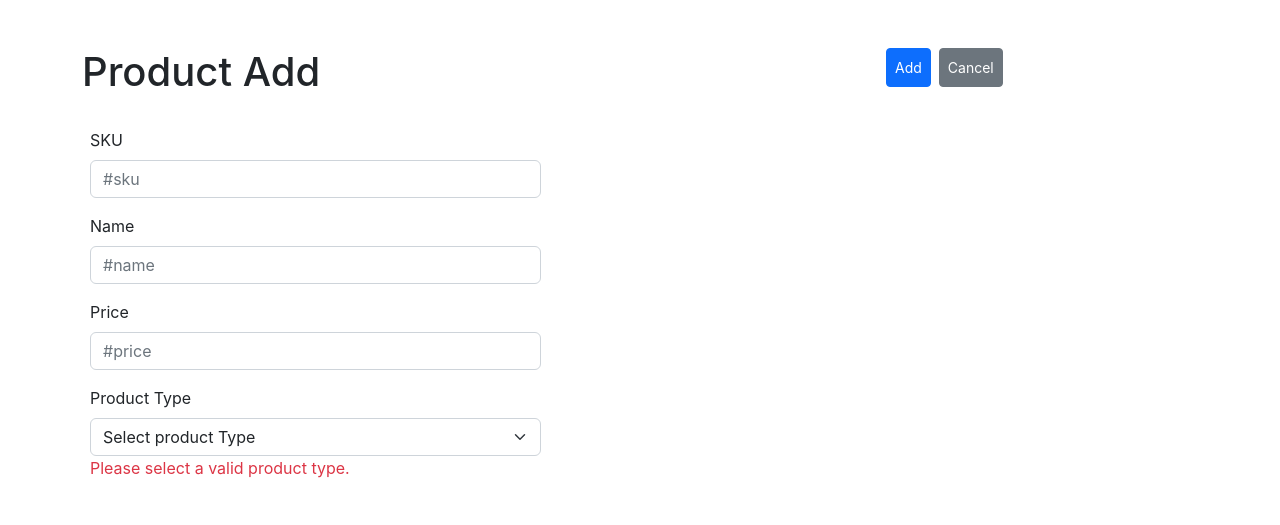
Repository: MagdyAbouelnasr/scandiweb_project
Page: /addproduct
These files come from the project's save history. The page is drawn as it stood at one moment and after a run of saves; the edit follows.
The browser window is 1280 px wide. The pictures show the whole page.
The project was rebuilt for these pictures with package versions that can differ from the ones it lists, and the page was loaded fresh each time. Also part of the build but not shown: src/App.css, src/components/Product/Product-style.scss, src/components/Product/Product.css, src/components/Pages/ProductList.jsx, src/components/ProductAdd/Book.component.jsx, src/components/ProductAdd/DVD.component.jsx, src/components/ProductAdd/Furniture.component.jsx, src/App.jsx.

Above is the page before, as saved 2023-05-09 01:29:41.

### public/index.html
<!DOCTYPE html>
<html lang="en">
  <head>
    <meta charset="utf-8" />
    <link rel="icon" href="%PUBLIC_URL%/favicon.ico" />
    <meta name="viewport" content="width=device-width, initial-scale=1" />
    <meta name="theme-color" content="#000000" />
    <meta
      name="description"
      content="Web site created using create-react-app"
    />
    <link rel="apple-touch-icon" href="%PUBLIC_URL%/logo192.png" />
    <!--
      manifest.json provides metadata used when your web app is installed on a
      user's mobile device or desktop. See https://developers.google.com/web/fundamentals/web-app-manifest/
    -->
    <link rel="manifest" href="%PUBLIC_URL%/manifest.json" />
    <!--
      Notice the use of %PUBLIC_URL% in the tags above.
      It will be replaced with the URL of the `public` folder during the build.
      Only files inside the `public` folder can be referenced from the HTML.

      Unlike "/favicon.ico" or "favicon.ico", "%PUBLIC_URL%/favicon.ico" will
      work correctly both with client-side routing and a non-root public URL.
      Learn how to configure a non-root public URL by running `npm run build`.
    -->
    <title>React App</title>
    <link
  rel="stylesheet"
  href="https://cdn.jsdelivr.net/npm/bootstrap@5.2.3/dist/css/bootstrap.min.css"
  integrity="sha384-rbsA2VBKQhggwzxH7pPCaAqO46MgnOM80zW1RWuH61DGLwZJEdK2Kadq2F9CUG65"
  crossorigin="anonymous"
/>
  </head>
  <body>
    <noscript>You need to enable JavaScript to run this app.</noscript>
    <div id="root"></div>
    <!--
      This HTML file is a template.
      If you open it directly in the browser, you will see an empty page.

      You can add webfonts, meta tags, or analytics to this file.
      The build step will place the bundled scripts into the <body> tag.

      To begin the development, run `npm start` or `yarn start`.
      To create a production bundle, use `npm run build` or `yarn build`.
    -->
  </body>
</html>

### src/index.js
import React from 'react';
import ReactDOM from 'react-dom/client';
import './index.scss';
import App from './App';
import {
  createBrowserRouter,
  RouterProvider,

} from "react-router-dom";
import ProductAdd from './components/Pages/ProductAdd';


const router = createBrowserRouter([
  {
    path: "/",
    element: <App />,
  },
  {
    path: "addproduct",
    element: <ProductAdd />,
  },
]);

const root = ReactDOM.createRoot(document.getElementById('root'));
root.render(
  <RouterProvider router={router} />
);

### src/index.scss
$background-default: #D5D5D5;


body {
  margin: 0;
  font-family: -apple-system, BlinkMacSystemFont, 'Segoe UI', 'Roboto', 'Oxygen',
    'Ubuntu', 'Cantarell', 'Fira Sans', 'Droid Sans', 'Helvetica Neue',
    sans-serif;
  -webkit-font-smoothing: antialiased;
  -moz-osx-font-smoothing: grayscale;
}

code {
  font-family: source-code-pro, Menlo, Monaco, Consolas, 'Courier New',
    monospace;
}

.fade-in {
  opacity: 0;
  transition: opacity 0.3s ease-in-out;
  &.fade-in-active {
    opacity: 1;
  }
}

### src/components/Pages/ProductAdd.jsx
// import { useNavigate } from 'react-router-dom';
// import { useState } from 'react';
// import Form from 'react-bootstrap/Form';
// import SelectProductType from '../ProductAdd/Selectcmp';
// import Button from 'react-bootstrap/Button';
// import axios from 'axios';

// function ProductAdd() {
//   const navigate = useNavigate();

//   const  [inputs , setInputs] = useState({});

//   const handleChange = (e) => {
//     const name = e.target.name;
//     const value = e.target.value;
//     setInputs(values => ({values, [name]: value}))
//   }
//   const handleSubmit = (e) => {
//     e.preventDefault();
//     axios.post('http://localhost:8000/addproduct', inputs).then((response)=>{
//       console.log(response.data);
//       navigate('/');
//     });

//     // console.log(inputs)
//   }



//   return (
//     <Form id="product_form" onSubmit={handleSubmit}>
//     <div className="container mt-5">
//       <div className="row">
//       <h1 className="page-header text-header col-md-8 text-start ">Product Add</h1>
//       <div className='col-4 float-end'>
//         <Button  type="submit" className='p-2 ms-2' variant="primary" size="sm">
//           Add
//         </Button>
//         <Button onClick={()=> navigate(-1)}  className='p-2 ms-2' variant="secondary" size="sm">
//           Cancel
//         </Button>
//       </div>
//       </div>
//     <br/>
//     <div className="row">

//     <div className="col-md-5 mx-2">
//       <Form.Group className="mb-3 mx-left" id="productInputSKU">
//         <Form.Label>SKU</Form.Label>
//         <Form.Control type="text" name="sku" placeholder="#sku" onChange={handleChange} />
//       </Form.Group>
//       <Form.Group className="mb-3" id="productInputName">
//         <Form.Label>Name</Form.Label>
//         <Form.Control type="text" name="name" placeholder="#name" onChange={handleChange} />
//       </Form.Group>
//       <Form.Group className="mb-3" id="productInputPrice">
//         <Form.Label>Price</Form.Label>
//         <Form.Control type="number" name="price" placeholder="#price" onChange={handleChange} />
//       </Form.Group>
//       <Form.Group className="mb-3" id="ProductType">
//       <Form.Label>Product Type</Form.Label>
//         <SelectProductType/>
//       </Form.Group>
//     </div>
//     </div>
//     </div>
//     </Form>
//   );
// }

// export default ProductAdd;
import { useNavigate } from 'react-router-dom';
import { useState } from 'react';
import Form from 'react-bootstrap/Form';
import SelectProductType from '../ProductAdd/Selectcmp';
import Button from 'react-bootstrap/Button';
import axios from 'axios';

function ProductAdd() {
  const navigate = useNavigate();

  const [inputs, setInputs] = useState({});
  const [errors, setErrors] = useState({});

  const handleChange = (e) => {
    console.log(e.target.value);
    console.log(e.target.name);
    const name = e.target.name;
    const value = e.target.value;

    setInputs((values) => ({ ...values, [name]: value }));
    validate()
    };

    // const handleRecievedData = (e) =>{
    //   const name = e.target.name;
    //   const value = e.target.value;
    //   setInputs((values) => ({ ...values, [name]: value }));
    //   console.log(e.name, e.value);
    // }

  // Form validation function
  const validate = () => {
    let newErrors = {};
    if (!inputs.sku) newErrors.sku = 'SKU is required';
    if (inputs.sku && inputs.sku.length > 9) newErrors.sku = 'SKU must be at most 9 characters';
    if (!inputs.name) newErrors.name = 'Name is required';
    if (inputs.price === undefined || inputs.price === '') newErrors.price = 'Price is required';
    if (inputs.price < 0) newErrors.price = 'Price cannot be negative';
    if (!inputs.product_attribute_value) newErrors.ProductType = 'please select a ProductType and provide a value';
    setErrors(newErrors);
    return Object.keys(newErrors).length === 0;
  };

  const handleSubmit = (e) => {
    e.preventDefault();
    if (validate()) {
      axios.post('http://localhost:8000/addproduct', inputs).then((response) => {
        console.log(response.data);
        navigate('/');
      });
    }
  };

  return (
    <Form id="product_form" onSubmit={handleSubmit}>
      <div className="container  mt-5">
        <div className="row">
          <h1 className="page-header text-header col-md-8 text-start ">Product Add</h1>
          <div className="col-4 ps-5 ms-0">
            <Button type="submit" className="p-2 ms-2" variant="primary" size="sm">
              Add
            </Button>
            <Button
              onClick={() => navigate(-1)}
              className="p-2 ms-2"
              variant="secondary"
              size="sm"
            >
              Cancel
            </Button>
          </div>
        </div>
        <br />
        <div className="row">
          <div className="col-md-5 mx-2">
            <Form.Group className="mb-3 mx-left" id="productInputSKU">
              <Form.Label>SKU</Form.Label>
              <Form.Control
                type="text"
                name="sku"
                maxLength="9"
                placeholder="#sku"
                onChange={handleChange}
                required
              />
              {errors.sku && <Form.Text className="text-danger">{errors.sku}</Form.Text>}
            </Form.Group>
            <Form.Group className="mb-3" id="productInputName">
              <Form.Label>Name</Form.Label>
              <Form.Control
                type="text"
                name="name"
                placeholder="#name"
                onChange={handleChange}
                required
              />
              {errors.name && <Form.Text className="text-danger">{errors.name}</Form.Text>}
            </Form.Group>
            <Form.Group className="mb-3" id="productInputPrice">
              <Form.Label>Price</Form.Label>
              <Form.Control
                type="number"
                name="price"
                step="0.01"
                min="0"
                placeholder="#price"
                onChange={handleChange}
                required
              />
              {errors.price && <Form.Text className="text-danger">{errors.price}</Form.Text>}
            </Form.Group>
            <Form.Group className="mb-3" id="ProductType">
              <Form.Label>Product Type</Form.Label>
              <SelectProductType onChange={handleChange}
                required
                name="ProductType"/>
              {errors.ProductType && <Form.Text className="text-danger">{errors.ProductType}</Form.Text>}

            </Form.Group >
          </div>
        </div>
      </div>
    </Form>
  );
}

export default ProductAdd;

### src/components/ProductAdd/Selectcmp.jsx
import React, { useState, useEffect } from "react";
import Form from "react-bootstrap/Form";
import BookComponent from "./Book.component";
import DVDComponent from "./DVD.component";
import FurnitureComponent from "./Furniture.component";

const SelectProductType = (props) => {


  const [type, setType] = useState("selectProductType");
  const [DVDVisible, setDVDVisibility] = useState(false);
  const [bookVisible, setBookVisibility] = useState(false);
  const [FurnitureVisible, setFurnitureVisibility] = useState(false);
  const [isValid, setIsValid] = useState(false);

  const getData = (e) => {
    props.onChange(e);
  };

  useEffect(() => {
    if (["DVD", "Book", "Furniture"].includes(type)) {
      setIsValid(true);
    } else {
      setIsValid(false);
    }
    setDVDVisibility(type === "DVD");
    setBookVisibility(type === "Book");
    setFurnitureVisibility(type === "Furniture");
  }, [type]);

  const handleOnChange = (e) => {
    setType(e.target.value);
    props.onChange(e);
  };

  const [weightData, setWeightData] = useState({});

  const handleWeightChange = (data) => {
    // setWeightData(data);
    // console.log(weightData, 'weight data');
    getData(data);
  };

  return (
    <>
      <Form.Group className="mb-3" id="productInputName">
        <Form.Select
          aria-label="select product type"
          value={type}
          onChange={handleOnChange}
          required
          name="product_type"
        >
          <option value="selectProductType">Select product Type</option>
          <option value="DVD">DVD</option>
          <option value="Book">Book</option>
          <option value="Furniture">Furniture</option>
        </Form.Select>
        {!isValid && (
          <p className="text-danger">
            Please select a valid product type.
          </p>
        )}
        <div>
          {bookVisible && <BookComponent onWeightChange={handleWeightChange} onChange={getData}/>}
          {DVDVisible && <DVDComponent />}
          {FurnitureVisible && <FurnitureComponent />}
        </div>
      </Form.Group>
    </>
  );
};

export default SelectProductType;

### src/components/Product/Product.jsx
import './Product-style.scss';
import './Product.css';
import * as React from 'react';
import Box from '@mui/material/Box';
import Card from '@mui/material/Card';
import CardActions from '@mui/material/CardActions';
import CardContent from '@mui/material/CardContent';
import Typography from '@mui/material/Typography';
import IconButton from '@mui/material/IconButton';
import CropSquareIcon from '@mui/icons-material/CropSquare';
import { useState } from 'react';


const bull = (
  <Box
  component="span"
  sx={{ display: 'inline-block', mx: '2px', transform: 'scale(0.8)' }}
  >
    •
  </Box>
);


const ProductCard = ({ id, sku, name, price, product_attribute, typeValue, selectedProducts }) => {
  const selectedProduct = () => {
    selectedProducts(id)
   }
  return (
    <>
      <CardContent>
        <CardActions>
          <IconButton aria-label="select to delete" className="delete-checkbox" onClick={selectedProduct}>
            <CropSquareIcon />
          </IconButton>
        </CardActions>
        <Typography sx={{ fontSize: 14 }} color="text.secondary" gutterBottom>
          SKU: {sku}
        </Typography>
        {bull}
        <Typography wrap="true" sx={{}} variant="h5" component="div" >
          {name}
        </Typography>
        {bull}
        <Typography sx={{ mb: 1.5 }} color="text.secondary">
          Price: {price}$
        </Typography>
        {bull}
        <Typography variant="body2">
          {product_attribute}: {typeValue} {console.log(product_attribute)}
        </Typography>
      </CardContent>
    </>
  );
};

const Product = ({ product , selectedProducts}) => {

  const selectedProductsDelete = (data) => {
    selectedProducts(data);
  }
// console.log(selectedProducts);
  return (
    <Box sx={{m:2, minWidth: 270, maxWidth: 270 }}>
      <Card variant="outlined">
        <ProductCard selectedProducts={selectedProductsDelete} id={product.id} sku={product.sku} name={product.name} price={product.price} product_attribute={product.product_attribute} typeValue={product.product_attribute_value} />
      </Card>
    </Box>
  );
};

export default Product;

After the next 3 saves:
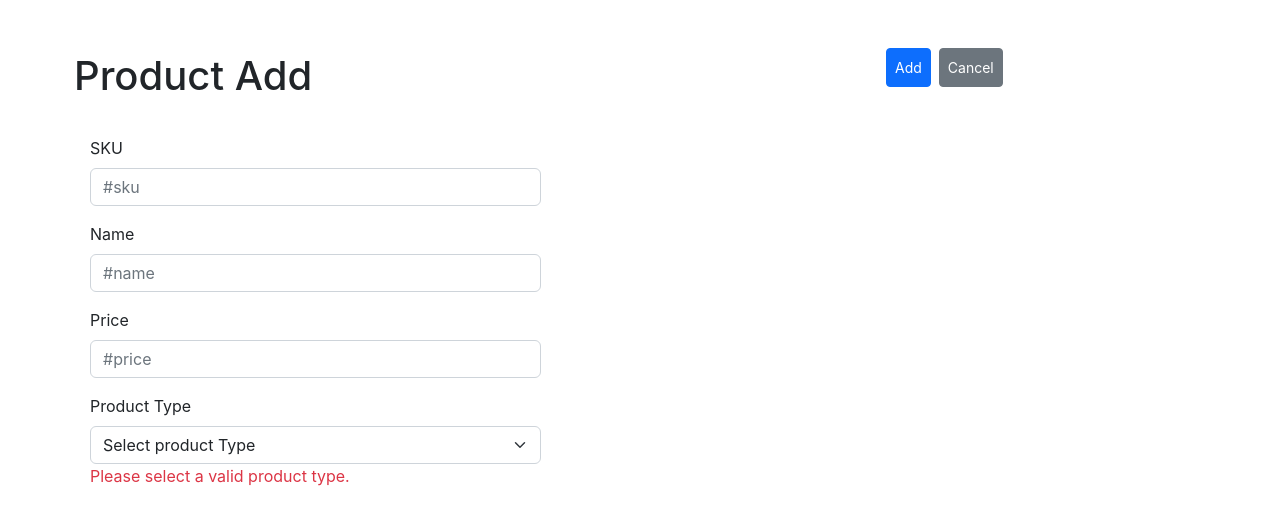
The 3 saves are shown as one change because they came seconds apart.
The last was saved 38 s later.
--- a/src/components/Pages/ProductAdd.jsx
+++ b/src/components/Pages/ProductAdd.jsx
@@ -126,7 +126,7 @@ function ProductAdd() {
     <Form id="product_form" onSubmit={handleSubmit}>
       <div className="container  mt-5">
         <div className="row">
-          <h1 className="page-header text-header col-md-8 text-start ">Product Add</h1>
+          <h1 className="page-header text-header col-md-8 text-start p-1">Product Add</h1>
           <div className="col-4 ps-5 ms-0">
             <Button type="submit" className="p-2 ms-2" variant="primary" size="sm">
               Add
